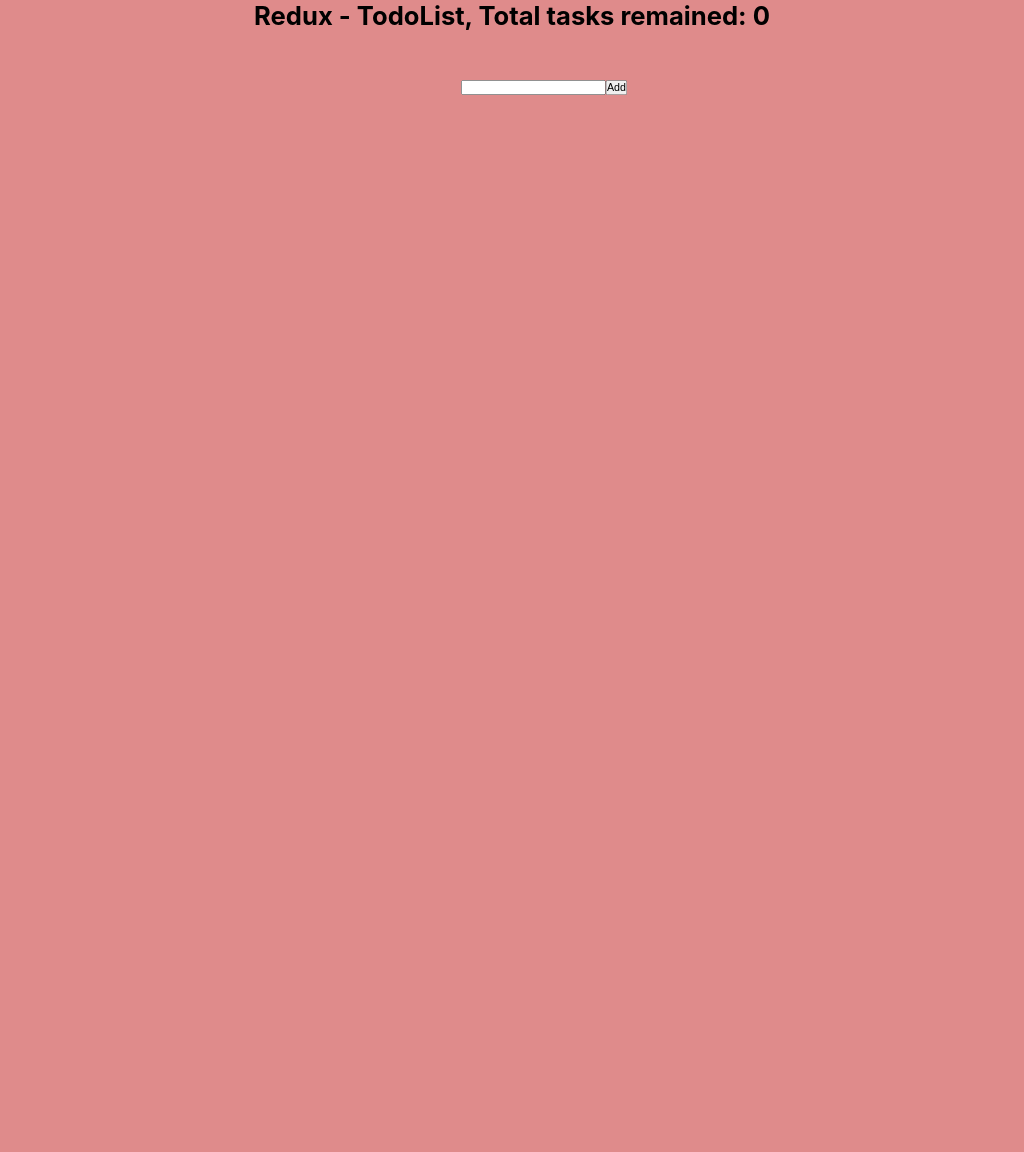
Repository: BhanuKaukuntla/TodoApp
Page: /
These files come from the project's save history. The page is drawn as it stood at one moment and after the next save; the edit follows.
The browser window is 1280 px wide. The pictures show the whole page, at 80% of full size.
The project was rebuilt for these pictures with package versions that can differ from the ones it lists, and the page was loaded fresh each time. Also part of the build but not shown: src/components/TodoItem/TodoItem.js.

Above is the page before, as saved 2021-12-01 10:16:25.

### src/index.js
import React from "react";
import ReactDOM from "react-dom";
import "./index.css";
import App from "./App";
import { Provider } from "react-redux";
import store from "./store";
import { PersistGate } from "redux-persist/integration/react";
import { persistor } from "./store";

ReactDOM.render(
  <React.StrictMode>
    <Provider store={store}>
      <PersistGate persistor={persistor}>
        <App />
      </PersistGate>
    </Provider>
  </React.StrictMode>,
  document.getElementById("root")
);

### src/index.css
*{
  margin: 0;
  padding: 0;
  /* font-family: "montserrat",sans-serif; */
  /* box-sizing: border-box; */
}

body {
  margin: 0;
  font-family: -apple-system, BlinkMacSystemFont, "Segoe UI", "Roboto", "Oxygen",
    "Ubuntu", "Cantarell", "Fira Sans", "Droid Sans", "Helvetica Neue",
    sans-serif;
  -webkit-font-smoothing: antialiased;
  -moz-osx-font-smoothing: grayscale;
}

code {
  font-family: source-code-pro, Menlo, Monaco, Consolas, "Courier New",
    monospace;
}
.App {
  text-align: center;
  height: 200vh;
  /* max-height: 100%; */
  /* background-color: #e77a7a; */
  background-color: #df8b8b;
  margin-top: 0%;
  /* position: fixed; */
  width: 100%;
}

.todoInput{
  margin-top: 3rem;
  margin-left: 5rem;
  font-size: x-large;
  margin-bottom: 3rem;
  border-radius: 50px;
}

.form{
  border-radius: 10px;
  font-size: large;
  padding: 10px;
}

### src/App.js
import AddTodo from "./components/AddTodo/AddTodo";
import TodoList from "./components/TodoList/TodoList";
import { useSelector } from "react-redux";
function App() {
  const taskobj = useSelector((state) => state.todos.data);
  return (
    <div className='App'>
      <h1>Redux - TodoList, Total tasks remained: {taskobj.length}</h1>
      <AddTodo />
      <TodoList />
    </div>
  );
}

export default App;

### src/store.js
import { createStore } from "redux";
import rootReducer from "./reducers";
import { persistStore, persistReducer } from "redux-persist";
import storage from "redux-persist/lib/storage";

const persistConfig = {
  key: "root",
  storage,
};

const persistedReducer = persistReducer(persistConfig, rootReducer);

const store = createStore(
  persistedReducer,
  window.__REDUX_DEVTOOLS_EXTENSION__ && window.__REDUX_DEVTOOLS_EXTENSION__()
);

export const persistor = persistStore(store);

export default store;

### src/components/AddTodo/AddTodo.js
import React, { useState } from "react";
import { useDispatch } from "react-redux";
import { addTodo } from "../../actions";
import cuid from "cuid";

const AddTodo = () => {
  const [tasks, setTasks] = useState("");
  const dispatch = useDispatch();
  function handleInputChange(e) {
    setTasks(e.target.value);
    console.log(tasks);
  }
  function handleFormSubmit(e) {
    e.preventDefault();
    dispatch(addTodo({ task: tasks, id: cuid() }));
    e.target.userInput.value = "";
    console.log(tasks);
  }
  return (
    <div className="todoInput">
      <form className="form" onSubmit={handleFormSubmit}>
      <input
        className="input"
        type='text'
        name='userInput'
        onChange={(e) => handleInputChange(e)}
      />
      <button type='submit'>Add</button>
     </form>
    </div>
  );
};

export default AddTodo;

### src/components/TodoList/TodoList.js
import React from "react";
import TodoItem from "../TodoItem/TodoItem";
import { useSelector } from "react-redux";

const TodoList = () => {
  const taskobj = useSelector((state) => state.todos.data);
  const taskItems = taskobj.map((task) => {
    return <TodoItem task={task} key={task.id} />;
  });

  return <div>{taskItems}</div>;
};

export default TodoList;

### src/reducers/index.js
import { combineReducers } from "redux";
import todos from "./todos";

const rootReducer = combineReducers({
  todos,
});
export default rootReducer;

### src/actions/index.js
import { ADD_TODO, DELETE_TODO, UPDATE_TODO } from "./types";

export const addTodo = (message) => ({
  type: ADD_TODO,
  message,
});

export const deleteTodo = (id) => ({
  type: DELETE_TODO,
  id,
});

export const updateTodo = ({ message, id }) => ({
  type: UPDATE_TODO,
  message,
  id,
});

### src/reducers/todos.js
const initialState = {
  data: [],
};

const todos = (state = initialState, action) => {
  switch (action.type) {
    case "ADD_TODO":
      return {
        ...state,
        data: [...state.data, action.message],
      };
    case "DELETE_TODO":
      return {
        ...state,
        data: [...state.data.filter((todo) => todo.id !== action.id)],
      };
    case "UPDATE_TODO":
      return {
        ...state,
        data: [
          ...state.data.filter((todo) => todo.id !== action.id),
          { task: action.message, id: action.id },
        ],
      };
    default:
      return state;
  }
};

export default todos;

### src/actions/types.js
export const ADD_TODO = "ADD_TODO";
export const DELETE_TODO = "DELETE_TODO";
export const UPDATE_TODO = "UPDATE_TODO";

Loaded but not shown: public/index.html (common file)

After the next save:
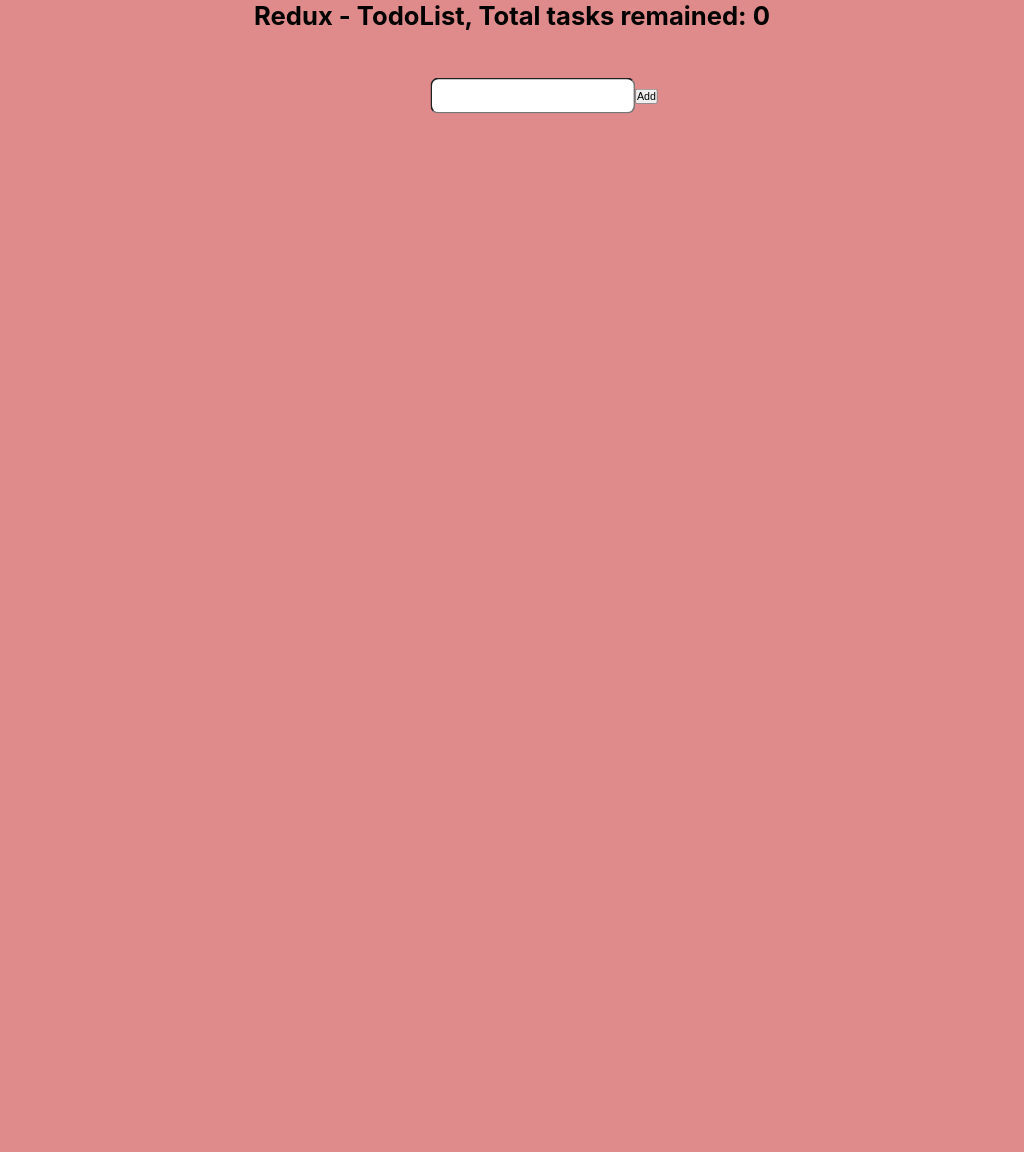
Saved 16 s later.
--- a/src/index.css
+++ b/src/index.css
@@ -34,7 +34,6 @@ code {
   margin-left: 5rem;
   font-size: x-large;
   margin-bottom: 3rem;
-  border-radius: 50px;
 }
 
 .form{
@@ -42,3 +41,9 @@ code {
   font-size: large;
   padding: 10px;
 }
+
+.input{
+  border-radius: 10px;
+  font-size: large;
+  padding: 10px;
+}
